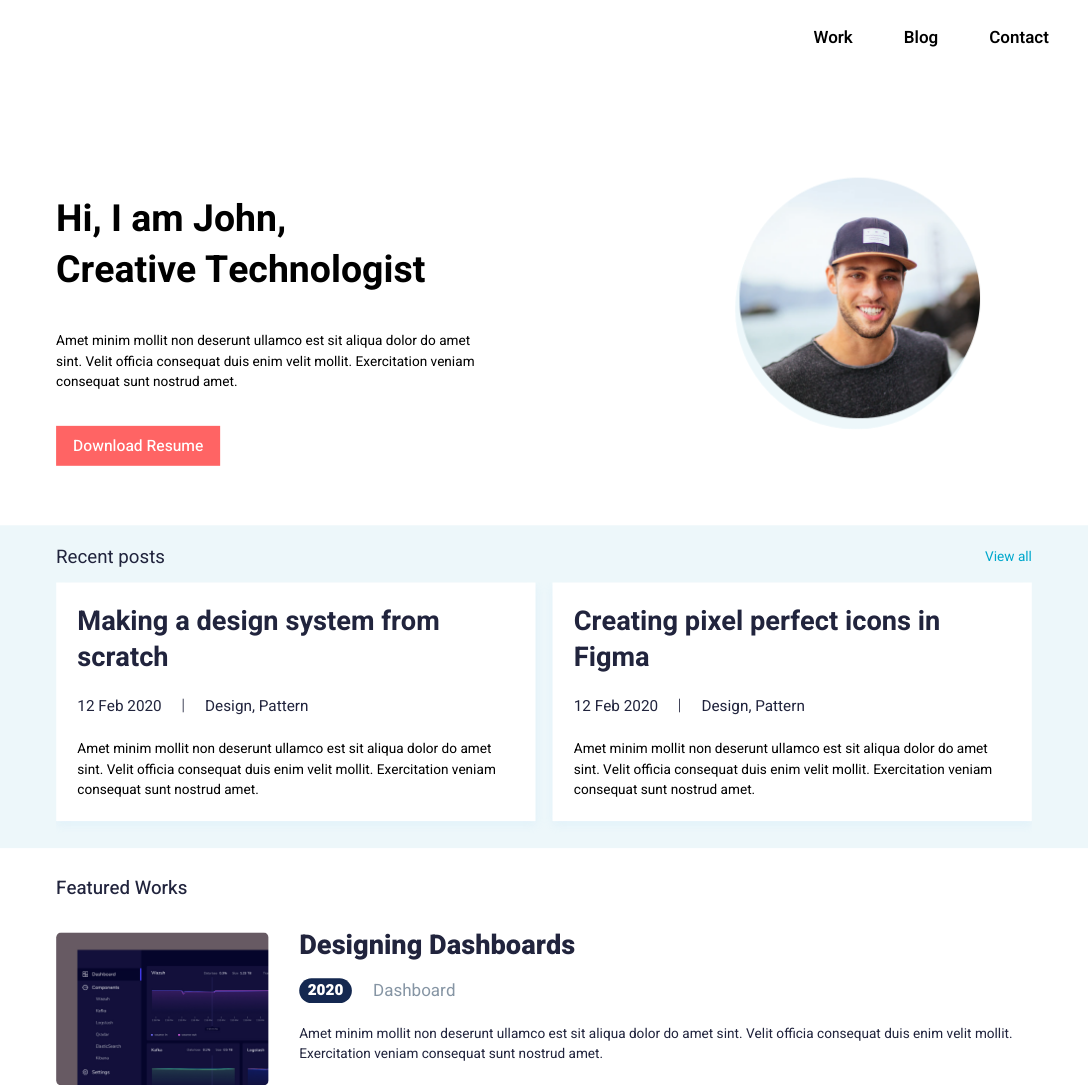
Repository: sharma171/portfolio
Page: /
The author's editor kept a copy of each file at every save. The page is drawn from the files as they stood at one save, then again after the next save.
The browser window is 1280 px wide. The pictures show the whole page, at 85% of full size.
The project was rebuilt for these pictures with package versions that can differ from the ones it lists, and the page was loaded fresh each time. The framework's server and built-in components were replaced by stand-ins that run in the browser. Also part of the build but not shown: next.config.mjs.

Above is the page before, as saved 2024-06-02 00:29:11.

After the next save:
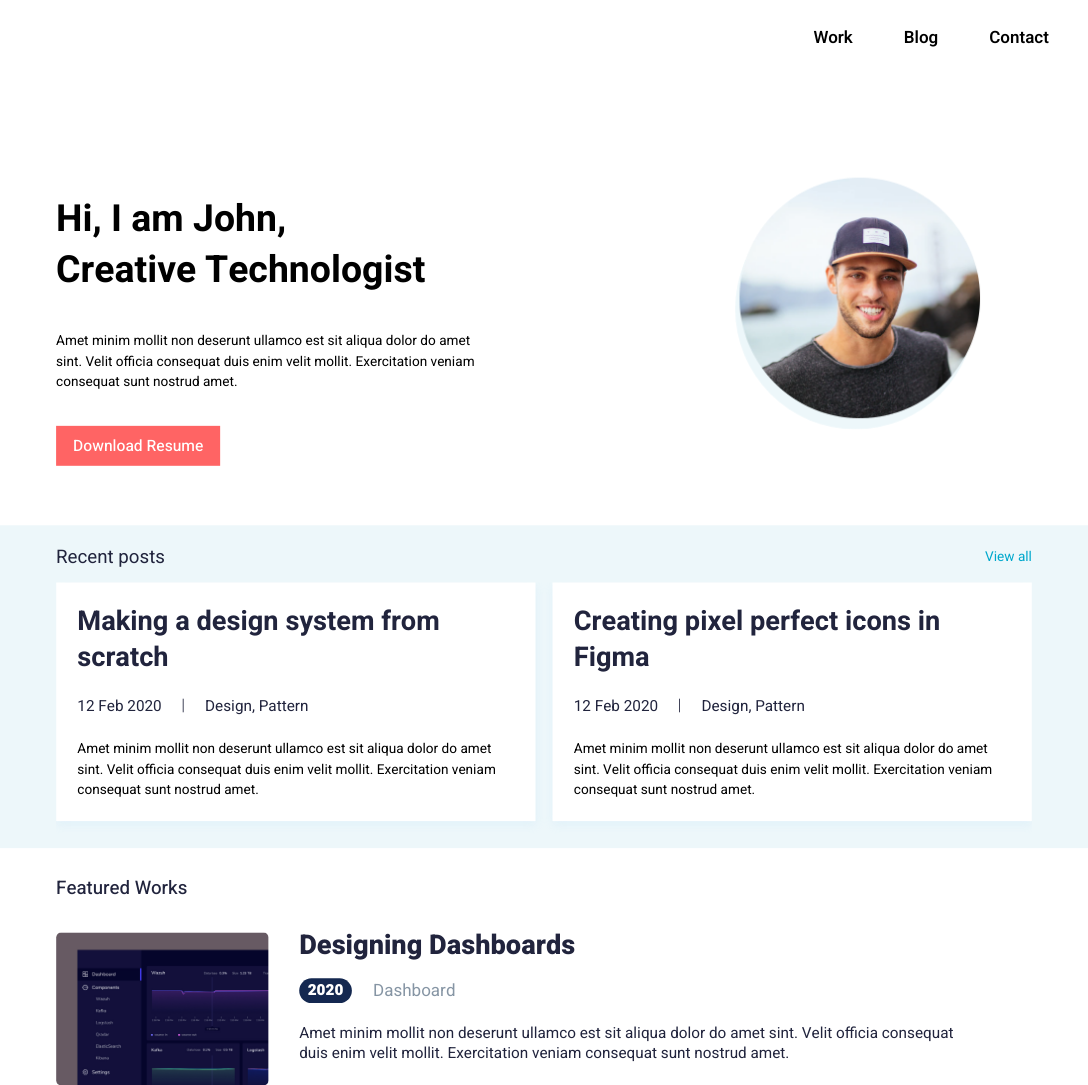
Saved 95 s later.
--- a/src/app/page.css
+++ b/src/app/page.css
@@ -226,8 +226,9 @@
   color: #8695A4;
 }
 .workcards .card-item .card-info .info-para {
-  font-size: 16px;
+  font-size: 18px;
   line-height: 24px;
   color: #21243D;
   font-weight: 400;
-}
+  width: 90%;
+}
